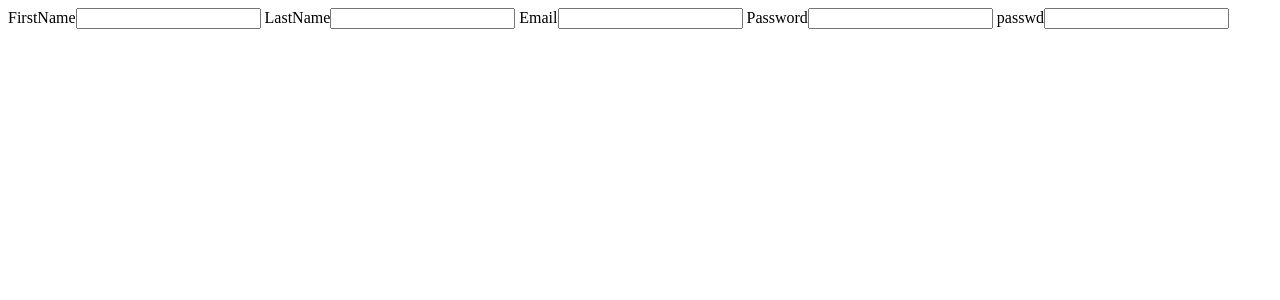
Repository: sunbeam-modular/IIT-08-B-Java
Page: http://localhost/demo02/newuser.jsp
These files come from the project's save history. The page is drawn as it stood at one moment and after the next save; the edit follows.
The browser window is 1280 px wide. The pictures show the whole page.
The page is served by Tomcat 9.

Above is the page before, as saved 2025-12-25 03:49:10.

After the next save:
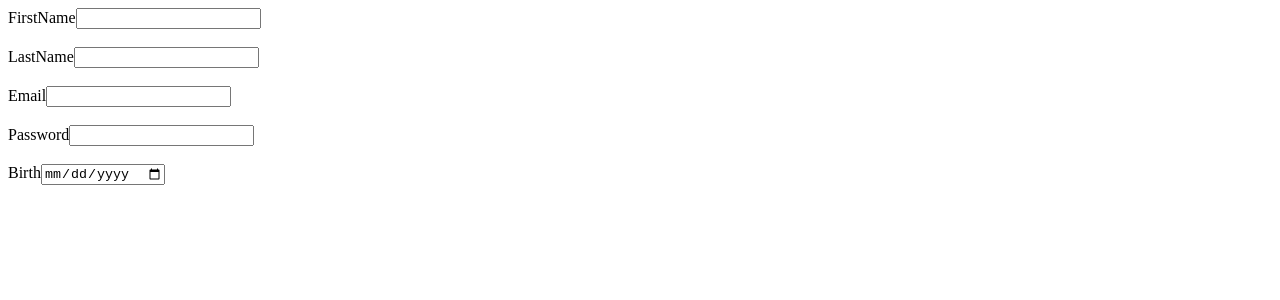
Saved 42 s later.
--- a/Day09/codes/day4/demo02/src/main/webapp/newuser.jsp
+++ b/Day09/codes/day4/demo02/src/main/webapp/newuser.jsp
@@ -8,11 +8,11 @@
 </head>
 <body>
 <form method = "post" action = "register.jsp">
-FirstName<input type = "text" name = "fname"/>
-LastName<input type = "text" name = "lname"/>
-Email<input type = "text" name = "email"/>
-Password<input type = "password" name = "passwd"/>
-passwd<input type = "text" name = "passwd"/>
+FirstName<input type = "text" name = "fname"/><br/><br/>
+LastName<input type = "text" name = "lname"/><br/><br/>
+Email<input type = "text" name = "email"/><br/><br/>
+Password<input type = "password" name = "passwd"/><br/><br/>
+Birth<input type = "date" name = "birth"/><br/><br/>
 </form>
 </body>
 </html>
